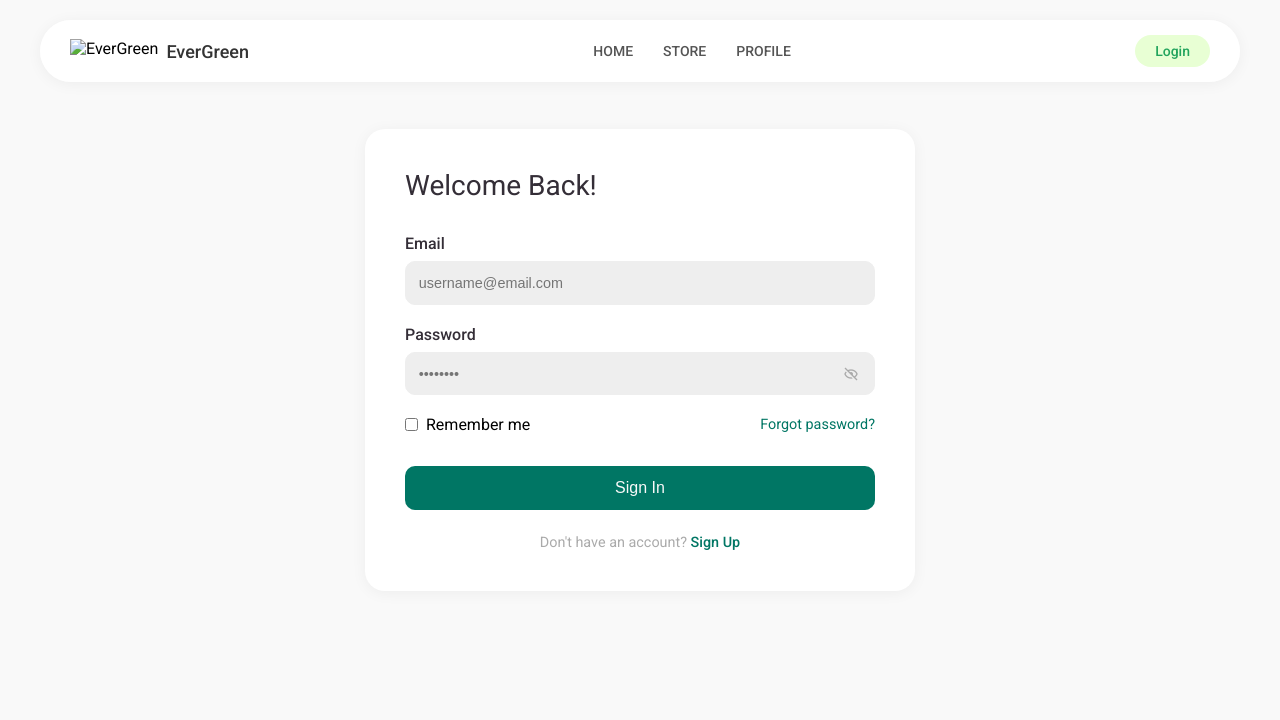
Repository: EverGreen-Group/Evergreen_Project
Page: http://localhost/Evergreen_Project/auth/login
The author's editor kept a copy of each file at every save. The page is drawn from the files as they stood at one save, then again after the next save.
The browser window is 1280 px wide. The pictures show the whole page.
The page is run by PHP 8.4 with error messages shown; the project is at /var/www/html/.

Above is the page before, as saved 2024-11-22 20:27:19.

After the next save:
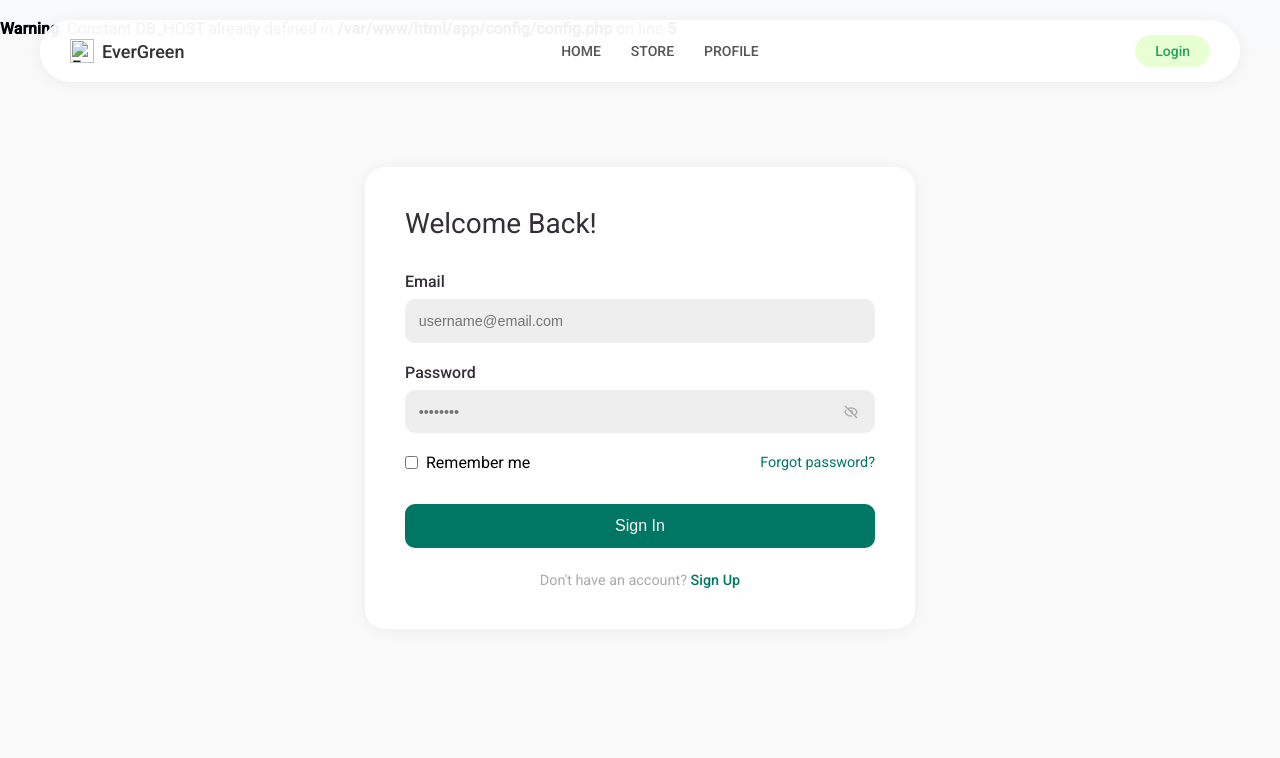
Saved 10 h 27 min later.
--- a/app/config/config.php
+++ b/app/config/config.php
@@ -1,17 +1,18 @@
 <?php
 
 //databasse configarations
-// define('DB_HOST', '34.93.234.68');
-// define('DB_HOST', 'localhost');
-// define('DB_USER', 'root');
-// define('DB_PASSWORD', '');
-// define('DB_NAME','tfms');
+define('DB_HOST', '34.93.234.68');
+define('DB_HOST', 'localhost');
+define('DB_USER', 'root');
+define('DB_PASSWORD', '');
+define('DB_NAME','tfms');
 
 // Database configurations
-define('DB_HOST', 'mysql-tfms.alwaysdata.net');
-define('DB_USER', 'tfms');
-define('DB_PASSWORD', 'tfmsgroupproject');
-define('DB_NAME','tfms_tfms');
+// define('DB_HOST', 'mysql-tfms.alwaysdata.net');
+// define('DB_USER', 'tfms');
+// define('DB_PASSWORD', 'tfmsgroupproject');
+// define('DB_NAME','tfms_tfms');
+
 //APPROOT
 define('APPROOT',dirname(dirname(__FILE__)));
 

After the save that followed:
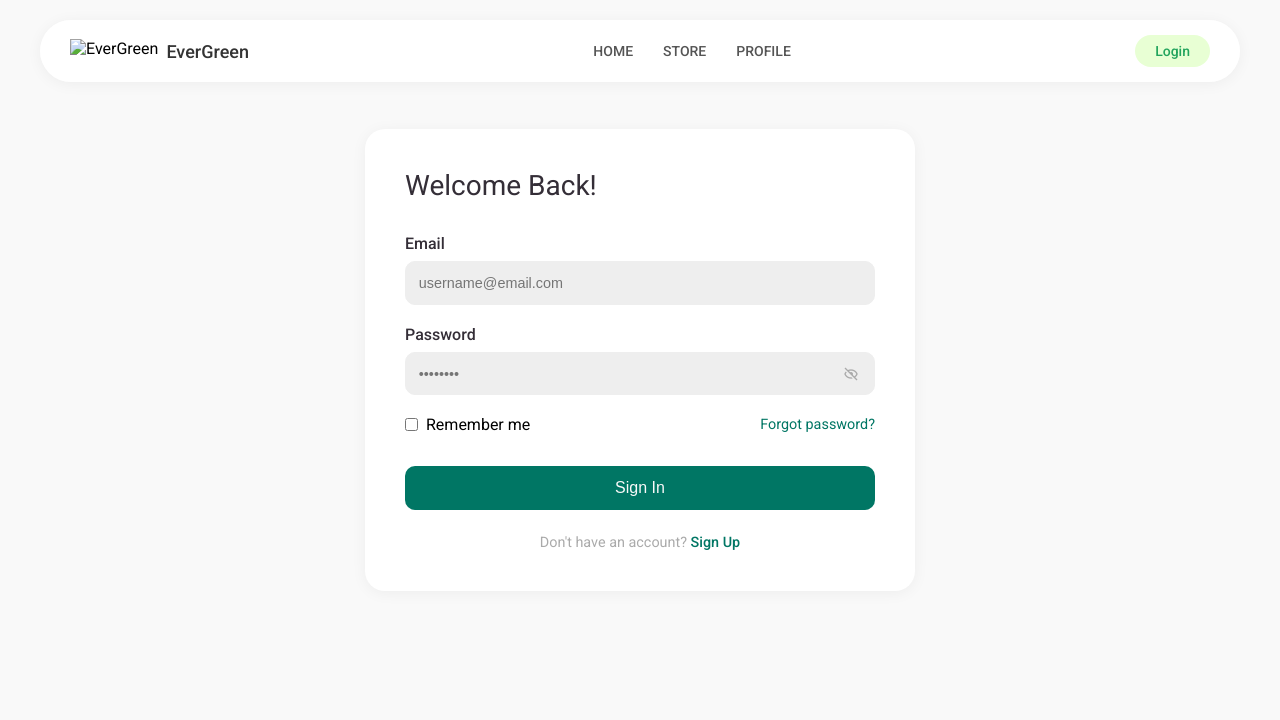
Saved 5 s later.
--- a/app/config/config.php
+++ b/app/config/config.php
@@ -1,7 +1,7 @@
 <?php
 
 //databasse configarations
-define('DB_HOST', '34.93.234.68');
+// define('DB_HOST', '34.93.234.68');
 define('DB_HOST', 'localhost');
 define('DB_USER', 'root');
 define('DB_PASSWORD', '');
